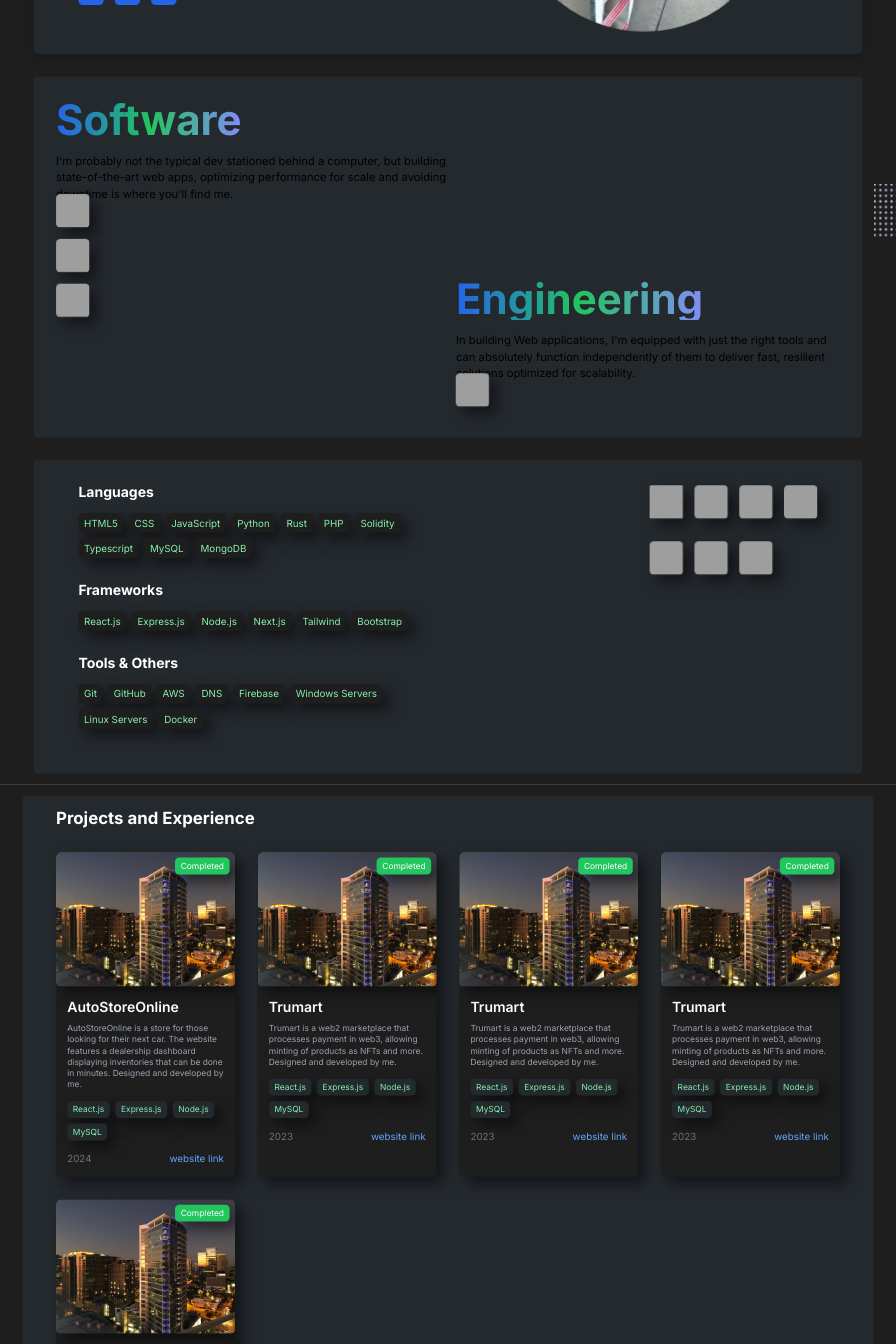
Repository: muhammedctgr/hammedctgr
Page: /
These files come from the project's save history. The page is drawn as it stood at one moment and after the next save; the edit follows.
The browser window is 1280 px wide. The pictures show the part of the page from y = 403 to 2323 px (the page is 2580 px tall before and 2532 px after), at 70% of full size.
Pictures or frames that could not be fetched are drawn as grey boxes. The project was rebuilt for these pictures with package versions that can differ from the ones it lists, and the page was loaded fresh each time. The framework's server and built-in components were replaced by stand-ins that run in the browser. Also part of the build but not shown: next.config.mjs.

Above is the page before, as saved 2024-08-08 16:26:05.

### app/layout.tsx
import type { Metadata } from "next";
import { Inter } from "next/font/google";
import "./globals.css";

const inter = Inter({ subsets: ["latin"] });

export const metadata: Metadata = {
  title: "Popoola Muhammed",
  description: "Generated by create next app",
};

export default function RootLayout({
  children,
}: Readonly<{
  children: React.ReactNode;
}>) {
  return (
    <html lang="en">
      <body className={inter.className}>{children}</body>
    </html>
  );
}

### app/page.tsx
import Head from 'next/head';
import Hero from '../components/Hero';
import SkillsSection from '@/components/SkillsSection';
import SummarySection from '@/components/SummarySection';
import ProjectsSection from '@/components/ProjectsSection';


const Home = () => (
  <div>
    <Head>
      <title>Popoola Muhammed</title>
      <meta name="description" content="Welcome to my developer portfolio" />
    </Head>

    <Hero />
    <SummarySection />
    <SkillsSection />
    <ProjectsSection />
  </div>
);

export default Home;

### app/globals.css
@tailwind base;
@tailwind components;
@tailwind utilities;

:root {
  --foreground-rgb: 0, 0, 0;
  --background-start-rgb: 214, 219, 220;
  --background-end-rgb: 255, 255, 255;
}

@media (prefers-color-scheme: dark) {
  :root {
    --foreground-rgb: 255, 255, 255;
    --background-start-rgb: 0, 0, 0;
    --background-end-rgb: 0, 0, 0;
  }
}

body {
  color: rgb(var(--foreground-rgb));
  background: linear-gradient(
      to bottom,
      transparent,
      rgb(var(--background-end-rgb))
    )
    rgb(var(--background-start-rgb));
}

@layer utilities {
  .text-balance {
    text-wrap: balance;
  }
}


@keyframes upDown {
  0%, 100% {
    transform: translateY(0);
  }
  50% {
    transform: translateY(-10px); /* Adjust the value as needed */
  }
}

.animate-upDown {
  animation: upDown 2s infinite ease-in-out; /* Adjust duration as needed */
}

.neumorph {
  border-radius: 5px;
  background: linear-gradient(145deg, #161414, #1a1818);
  box-shadow:  5px 5px 10px #111010,
               -5px -5px 10px #1f1c1c;
}

### components/Hero.tsx
import Image from 'next/image';
import profilePic from '../public/profile.png';
import { AiFillLinkedin, AiFillGithub, AiFillTwitterSquare, AiFillX } from 'react-icons/ai';

const Hero = () => {
  return (
    <section className="bg-gptGray px-4 py-4 md:pt-8 md:px-8 lg:px-12 text-white flex items-center">
  <div className="container bg-githubGray shadow-lg rounded-md mx-auto flex flex-col md:flex-row items-center md:px-8">
    <div className="flex-1 text-left p-4 md:p-8">
      <div className="inline-block bg-blue-600 text-black py-1 px-3 mb-4 rounded-md">
        Hi, I’m
      </div>
      <div className="mb-6">
        <h1 className="text-xl md:text-3xl font-bold">Popoola Muhammed</h1>
        <p className="mt-2 text-lg md:text-xl">Full-Stack Developer, I build and manage</p>
      </div>
      <ul className="mt-4 list-disc list-inside text-sm md:text-base">
        <li>Highly Optimized and Responsive <span className="text-blue-600">FRONT-END</span></li>
        <li>Secure and Scalable <span className="text-blue-600">BACK-END & DATABASE</span></li>
        <li><span className="text-blue-600">IT</span> Infrastructure</li>
      </ul>
      <div className="mt-6">
        <a href="#contact" className="underline">Let’s Connect</a>
        <div className="mt-2 flex justify-start space-x-4">
          <a href="#" className="bg-blue-600 p-2 rounded-md">
            <AiFillLinkedin size={20} />
          </a>
          <a href="#" className="bg-blue-600 p-2 rounded-md">
            <AiFillTwitterSquare size={20} />
          </a>
          <a href="#" className="bg-blue-600 p-2 rounded-md">
            <AiFillGithub size={20} />
          </a>
        </div>
      </div>
    </div>
    <div className="flex-1 p-4 md:p-8">
      <div className="relative w-40 h-40 md:w-72 md:h-72 lg:w-96 lg:h-96 mx-auto">
        <Image src={profilePic} alt="Popoola Muhammed" layout="fill" className="rounded-full object-cover animate-upDown" />
      </div>
    </div>
  </div>
</section>
  );
};

export default Hero;

### components/SkillsSection.tsx
import Image from 'next/image';
import { FC } from 'react';

interface SkillCategory {
  title: string;
  skills: { name: string; }[];
}

const skills: SkillCategory[] = [
  {
    title: "Languages",
    skills: [
      { name: "HTML5",  },
      { name: "CSS", },
      { name: "JavaScript",  },
      { name: "Python", },
      { name: "Rust",  },
      { name: "PHP", },
      { name: "Solidity",  },
      { name: "Typescript",  },
      { name: "MySQL",  },
      { name: "MongoDB", },
    ],
  },
  {
    title: "Frameworks",
    skills: [
      { name: "React.js", },
      { name: "Express.js",  },
      { name: "Node.js", },
      { name: "Next.js", },
      { name: "Tailwind", },
      { name: "Bootstrap", }
    ],
  },
  {
    title: "Tools & Others",
    skills: [
      { name: "Git",  },
      { name: "GitHub",  },
      { name: "AWS", },
      { name: "DNS", },
      { name: "Firebase", },
      { name: "Windows Servers", },
      { name: "Linux Servers",  },
      { name: "Docker",  },
    ],
  },
];

const icons = [
  "/icons/html5.svg", // Replace with your icon paths
  "/icons/css3.svg",
  "/icons/javascript.svg",
  "/icons/python.svg",
  // Add the rest of the icons as needed
];

const SkillsSection: FC = () => {
  return (
  <section className="px-4 py-4 md:px-8 lg:px-12 bg-gptGray text-white">
  <div className="container bg-githubGray rounded-md mx-auto flex flex-col md:flex-row items-start md:px-8">
    <div className="flex-1 p-4 md:p-8">
      {skills.map((category) => (
        <div key={category.title} className="mb-8">
          <h2 className="text-lg md:text-xl font-bold mb-4">{category.title}</h2>
          <div className="flex flex-wrap gap-2">
            {category.skills.map((skill) => (
              <span
                key={skill.name}
                className={`px-2 py-1 rounded-md text-sm shadow-deep-all bg-gptGray text-green-300`}
              >
                {skill.name}
              </span>
            ))}
          </div>
        </div>
      ))}
    </div>
    <div className="flex-1 flex flex-col items-center md:items-end">
      <div className="grid grid-cols-3 md:grid-cols-4 gap-4 p-4 md:p-8">
      <img src="https://cdn.jsdelivr.net/gh/devicons/devicon@latest/icons/javascript/javascript-original.svg" className="w-8 h-8 md:w-12 md:h-12 lg:w-12 lg:h-12 bg-gptGray rounded-sm animate-bounce shadow-deep-all mt-4" />
      <img src="https://cdn.jsdelivr.net/gh/devicons/devicon@latest/icons/javascript/javascript-original.svg" className="w-8 h-8 md:w-12 md:h-12 lg:w-12 lg:h-12 bg-gptGray rounded-md animate-bounce shadow-deep-all mt-4" />
      <img src="https://cdn.jsdelivr.net/gh/devicons/devicon@latest/icons/javascript/javascript-original.svg" className="w-8 h-8 md:w-12 md:h-12 lg:w-12 lg:h-12 bg-gptGray rounded-md animate-bounce shadow-deep-all mt-4" />
      <img src="https://cdn.jsdelivr.net/gh/devicons/devicon@latest/icons/javascript/javascript-original.svg" className="w-8 h-8 md:w-12 md:h-12 lg:w-12 lg:h-12 bg-gptGray rounded-md animate-bounce shadow-deep-all mt-4" />
      <img src="https://cdn.jsdelivr.net/gh/devicons/devicon@latest/icons/javascript/javascript-original.svg" className="w-8 h-8 md:w-12 md:h-12 lg:w-12 lg:h-12 bg-gptGray rounded-md animate-bounce shadow-deep-all mt-4" />
      <img src="https://cdn.jsdelivr.net/gh/devicons/devicon@latest/icons/javascript/javascript-original.svg" className="w-8 h-8 md:w-12 md:h-12 lg:w-12 lg:h-12 bg-gptGray rounded-md animate-bounce shadow-deep-all mt-4" />
      <img src="https://cdn.jsdelivr.net/gh/devicons/devicon@latest/icons/javascript/javascript-original.svg" className="w-8 h-8 md:w-12 md:h-12 lg:w-12 lg:h-12 bg-gptGray rounded-md animate-bounce shadow-deep-all mt-4" />
      </div>
    </div>
  </div>
</section>
  );
};

export default SkillsSection;

### components/SummarySection.tsx
import { FC } from 'react';

const SummarySection: FC = () => {
  return (
<section className="px-4 py-4 md:px-8 lg:px-12 bg-gptGray relative overflow-hidden">
  <div className="container bg-githubGray mx-auto flex rounded-md flex-col md:flex-row justify-between items-start md:px-8 p-4 md:p-8">
    <div className=" mb-8 md:mb-8">
      <div className="mb-4">
        <span className="text-4xl md:text-6xl font-bold bg-gradient-to-r from-blue-600 via-green-500 to-indigo-400 inline-block text-transparent bg-clip-text">Software</span>
      </div>
      <p className="text-sm md:text-base">
        I'm probably not the typical dev stationed behind a computer, but building state-of-the-art web apps, optimizing performance for scale and avoiding downtime is where you'll find me.
      </p>
      <img src="https://cdn.jsdelivr.net/gh/devicons/devicon@latest/icons/mongodb/mongodb-original.svg" className="w-8 h-8 md:w-12 md:h-12 lg:w-12 lg:h-12 bg-gptGray rounded-md animate-bounce shadow-deep-all" />
      <img src="https://cdn.jsdelivr.net/gh/devicons/devicon@latest/icons/nextjs/nextjs-original.svg" className="w-8 h-8 md:w-12 md:h-12 lg:w-12 lg:h-12 bg-gptGray rounded-md animate-bounce shadow-deep-all mt-4" />
      <img src="https://cdn.jsdelivr.net/gh/devicons/devicon@latest/icons/javascript/javascript-original.svg" className="w-8 h-8 md:w-12 md:h-12 lg:w-12 lg:h-12 bg-gptGray rounded-md animate-bounce shadow-deep-all mt-4" />
    </div>
    <div className=" md:mt-64">
      <div className="mb-4">
        <span className="text-4xl md:text-6xl font-bold bg-gradient-to-r from-blue-600 via-green-500 to-indigo-400 inline-block text-transparent bg-clip-text">Engineering</span>
      </div>
      <p className="text-sm md:text-base">
        In building Web applications, I'm equipped with just the right tools and can absolutely function independently of them to deliver fast, resilient solutions optimized for scalability.
      </p>

      <img src="https://cdn.jsdelivr.net/gh/devicons/devicon@latest/icons/python/python-original.svg" className="right-4 w-8 h-8 md:w-12 md:h-12 lg:w-12 lg:h-12 bg-gptGray rounded-md animate-bounce shadow-deep-all" />

    </div>
  </div>

  {/* Decorative Elements */}
  <div className="absolute top-1/4 right-0 transform translate-x-4 translate-y-4 md:translate-x-12 md:translate-y-8">
    <svg className="fill-current text-purple-200" width="80" height="80" viewBox="0 0 100 100">
      {/* SVG circles */}
      {[...Array(10)].map((_, row) => (
        <g key={row} transform={`translate(0, ${row * 10})`}>
          {[...Array(10)].map((_, col) => (
            <circle key={col} cx={col * 10 + 2} cy="2" r="2" />
          ))}
        </g>
      ))}
    </svg>
  </div>
</section>
  );
};

export default SummarySection;

### components/ProjectsSection.tsx
import { FC } from 'react';

interface Project {
  title: string;
  description: string;
  technologies: string[];
  date: string;
  status: string;
  image: string;
  link: string;
}

const projects: Project[] = [
  {
    title: "AutoStoreOnline",
    description: "AutoStoreOnline is a store for those looking for their next car. The website features a dealership dashboard displaying inventories that can be done in minutes. Designed and developed by me.",
    technologies: ["React.js", "Express.js", "Node.js", "MySQL"],
    date: "2024",
    status: "Completed",
    image: "pic1.jpg",
    link: "https://example.com",
  },
  {
    title: "Trumart",
    description: "Trumart is a web2 marketplace that processes payment in web3, allowing minting of products as NFTs and more. Designed and developed by me.",
    technologies: ["React.js", "Express.js", "Node.js", "MySQL"],
    date: "2023",
    status: "Completed",
    image: "pic1.jpg",
    link: "https://example.com",
  },
  {
    title: "Trumart",
    description: "Trumart is a web2 marketplace that processes payment in web3, allowing minting of products as NFTs and more. Designed and developed by me.",
    technologies: ["React.js", "Express.js", "Node.js", "MySQL"],
    date: "2023",
    status: "Completed",
    image: "pic1.jpg",
    link: "https://example.com",
  },
  {
    title: "Trumart",
    description: "Trumart is a web2 marketplace that processes payment in web3, allowing minting of products as NFTs and more. Designed and developed by me.",
    technologies: ["React.js", "Express.js", "Node.js", "MySQL"],
    date: "2023",
    status: "Completed",
    image: "pic1.jpg",
    link: "https://example.com",
  },
  {
    title: "Trumart",
    description: "Trumart is a web2 marketplace that processes payment in web3, allowing minting of products as NFTs and more. Designed and developed by me.",
    technologies: ["React.js", "Express.js", "Node.js", "MySQL"],
    date: "2023",
    status: "Completed",
    image: "pic1.jpg",
    link: "https://example.com",
  },
  // Add more projects as needed...
];

const ProjectsSection: FC = () => {
  return (
    <section className="bg-gptGray md:px-8 px-4 py-4">
      <div className="container bg-githubGray rounded-md mx-auto md:px-8 ">
        <h2 className="text-2xl font-bold text-white p-4">Projects and Experience</h2>
        <div className="grid grid-cols-1 sm:grid-cols-3 lg:grid-cols-4 gap-8 p-4">
          {projects.map((project, index) => (
            <div key={index} className="bg-gptGray rounded-lg overflow-hidden shadow-deep-all">
              <div className="relative w-full h-48">
                <img src={project.image} alt={project.title} className="w-full h-full object-cover shadow-deep-all rounded-md" />
                <span className="shadow-deep-all absolute top-2 right-2 bg-green-500 text-xs text-white px-2 py-1 rounded-md">{project.status}</span>
              </div>
              <div className="p-4">
                <h3 className="text-xl font-semibold text-white mb-2">{project.title}</h3>
                <p className="text-gray-400 text-xs mb-4">{project.description}</p>
                <div className="flex flex-wrap gap-2 mb-4">
                  {project.technologies.map((tech, i) => (
                    <span key={i} className="bg-githubGray shadow-deep-all text-green-300 text-xs px-2 py-1 rounded-md">{tech}</span>
                  ))}
                </div>
                <div className="flex justify-between items-center">
                  <span className="text-gray-500 text-sm">{project.date}</span>
                  <a href={project.link} target="_blank" rel="noopener noreferrer" className="text-blue-400 hover:underline text-sm">website link</a>
                </div>
              </div>
            </div>
          ))}
        </div>
      </div>
    </section>
  );
};

export default ProjectsSection;

### tailwind.config.ts
import type { Config } from "tailwindcss";

const config: Config = {
  content: [
    "./pages/**/*.{js,ts,jsx,tsx,mdx}",
    "./components/**/*.{js,ts,jsx,tsx,mdx}",
    "./app/**/*.{js,ts,jsx,tsx,mdx}",
  ],
  theme: {
    extend: {
      backgroundImage: {
        "gradient-radial": "radial-gradient(var(--tw-gradient-stops))",
        "gradient-conic":
          "conic-gradient(from 180deg at 50% 50%, var(--tw-gradient-stops))",
      },
      colors: {
        githubGray: '#24292e',
        gptGray: '#1e1e1e', // Define the exact color
        gradient: 'bg-gradient-to-r from-blue-600 via-green-500 to-indigo-400 inline-block text-transparent bg-clip-text'
      },
      boxShadow: {
        'deep-right': '10px 10px 20px rgba(0, 0, 0, 0.25)',  // Right side shadow
        'deep-left': '-10px 10px 20px rgba(0, 0, 0, 0.25)',  // Left side shadow
        'deep-top': '10px -10px 20px rgba(0, 0, 0, 0.25)',   // Top side shadow
        'deep-bottom': '10px 10px 20px rgba(0, 0, 0, 0.25)', // Bottom side shadow
        'deep-all': '10px 10px 20px rgba(0, 0, 0, 0.5)',     // All sides shadow
      }
    },
  },
  plugins: [],
};
export default config;

After the next save:
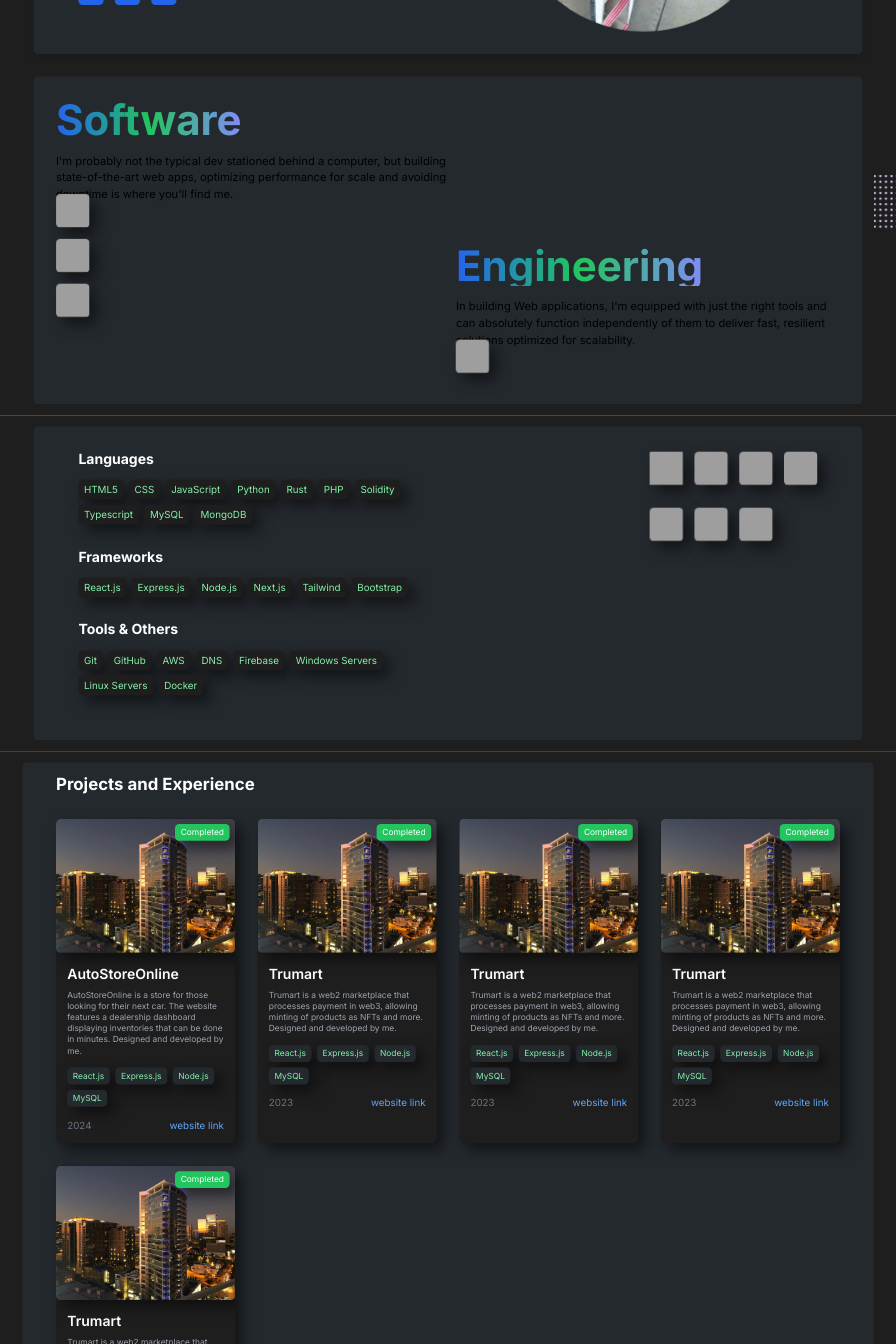
Saved 61 s later.
--- a/components/SummarySection.tsx
+++ b/components/SummarySection.tsx
@@ -15,7 +15,7 @@ const SummarySection: FC = () => {
       <img src="https://cdn.jsdelivr.net/gh/devicons/devicon@latest/icons/nextjs/nextjs-original.svg" className="w-8 h-8 md:w-12 md:h-12 lg:w-12 lg:h-12 bg-gptGray rounded-md animate-bounce shadow-deep-all mt-4" />
       <img src="https://cdn.jsdelivr.net/gh/devicons/devicon@latest/icons/javascript/javascript-original.svg" className="w-8 h-8 md:w-12 md:h-12 lg:w-12 lg:h-12 bg-gptGray rounded-md animate-bounce shadow-deep-all mt-4" />
     </div>
-    <div className=" md:mt-64">
+    <div className=" md:mt-52">
       <div className="mb-4">
         <span className="text-4xl md:text-6xl font-bold bg-gradient-to-r from-blue-600 via-green-500 to-indigo-400 inline-block text-transparent bg-clip-text">Engineering</span>
       </div>
